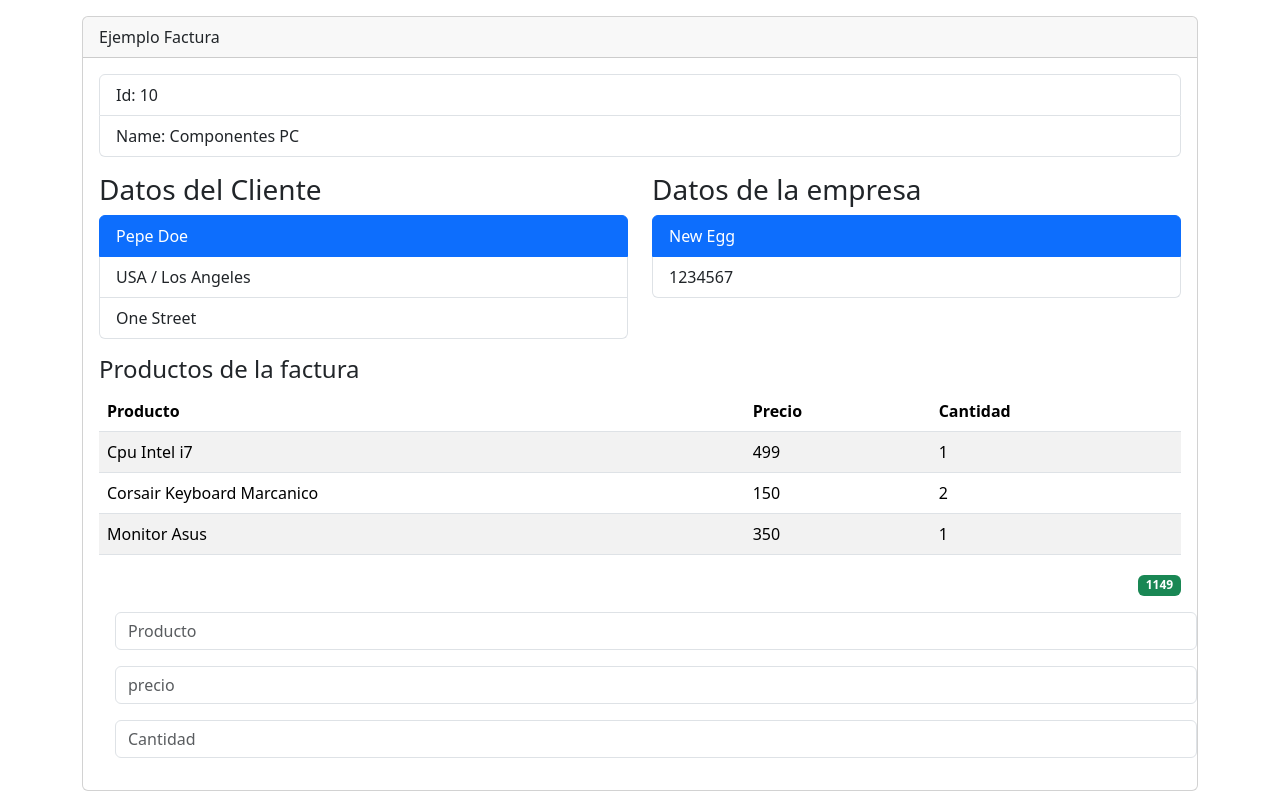
Repository: bryanesteban/4-invoice-app
Page: /
An editor plug-in stored every save of this project. The page is shown before and after the next save, followed by the edit.
The browser window is 1280 px wide. The pictures show the whole page.
The project was rebuilt for these pictures with package versions that can differ from the ones it lists, and the page was loaded fresh each time. Also part of the build but not shown: vite.config.js.

Above is the page before, as saved 2023-11-13 18:26:00.

### index.html
<!doctype html>
<html lang="en">
  <head>
    <meta charset="UTF-8" />
    <link rel="icon" type="image/svg+xml" href="/vite.svg" />
    <link href="https://cdn.jsdelivr.net/npm/bootstrap@5.3.2/dist/css/bootstrap.min.css" rel="stylesheet" integrity="sha384-T3c6CoIi6uLrA9TneNEoa7RxnatzjcDSCmG1MXxSR1GAsXEV/Dwwykc2MPK8M2HN" crossorigin="anonymous">
    <meta name="viewport" content="width=device-width, initial-scale=1.0" />
    <title>Vite + React</title>
  </head>
  <body>
    <div id="root"></div>
    <script type="module" src="/src/main.jsx"></script>
  </body>
</html>

### src/main.jsx
import React from 'react'
import ReactDOM from 'react-dom/client'
import { InvoiceApp } from './InvoiceApp'


ReactDOM.createRoot(document.getElementById('root')).render(
  <React.StrictMode>
    <InvoiceApp />
  </React.StrictMode>,
)

### src/InvoiceApp.jsx
import { getInvoice } from "./services/getInvoice"
import { ClientView } from "./components/ClientView";
import { CompanyView } from "./components/CompanyView";
import { InvoiceView } from "./components/InvoiceView";
import { ListItemsView } from "./components/ListItemsView";
import { TotalView } from "./components/totalView";
import { useState } from "react";


export const InvoiceApp = () =>{

    const {id, name, client, company, items: itemsInitial, total} = getInvoice();

    const [productValue, setProductValue] = useState('');
    const [priceValue, setPriceValue] = useState(0);
    const [quantityValue, setQuantityValue] = useState(0);

    const [items, setItems] = useState(itemsInitial);

    return(
       <>
        <div className="container">

            <div className="card my-3" >

                <div className= "card-header">

                    Ejemplo Factura
                </div>

                <div className="card-body">
                       <InvoiceView id= {id} name ={name}/>
                    <div className="row my-3">
                        <div className="col">
                           <ClientView title= "Datos del Cliente" client = {client} />
                        </div>
                        <div className="col">
                           <CompanyView title= "Datos de la empresa" company ={company} />
                        </div>
                    </div>
                    <ListItemsView title="Productos de la factura" items={items} />
                    <TotalView total={total}></TotalView>
                    <form onSubmit={ event =>{
                        event.preventDefault();

                        setItems([...items, {productValue, priceValue, quantityValue}])
                    }}>
                        <input type="text"
                               name="product"
                               placeholder="Producto" className="form-control m-3" onChange={event =>{
                               setProductValue(event.target.value)
                               }}/>

                        <input type="text"
                               name="price"
                               placeholder="precio" className="form-control m-3" onChange={event =>{
                                setPriceValue(event.target.value)
                                console.log(event.target.value)
                               }}/>

                        <input type="text"
                               name="quantity"
                               placeholder="Cantidad" className="form-control m-3" onChange={event =>{
                                setQuantityValue(event.target.value)
                                console.log(event.target.value)
                               }}/>
                    </form>
                </div>
            </div>
        </div>

       </>
    )
}

### src/services/getInvoice.js
import { invoice } from "../data/invoice"

export const getInvoice = () => {

    //console.log(invoice);

    /*let total = 0;
    invoice.items.forEach( items =>{
        total =total + items.price * items.quantity;

    });*/

    const total = invoice.items
        .map( item => item.price * item.quantity)
        .reduce((accumulator,currentValue) => accumulator + currentValue, 0)

    return {...invoice,total};
}

### src/components/ClientView.jsx
import PropTypes from 'prop-types';

export const ClientView = ({title, client}) =>{
    const {
        name: nameClient,
        lastname,
        address:{
            country,
            city,
            street,
            number}
         } = client;

    //const { country, city, street, number} = address;

    return (
        <>
         <h3>{title}</h3>
                            <ul className="list-group">
                                <li className="list-group-item active">{nameClient} {lastname}</li>
                                <li className="list-group-item">{country} / {city}</li>
                                <li className="list-group-item">{street} {number}</li>
                            </ul>
        </>
    )
}

ClientView.protoTypes ={
    title: PropTypes.string.isRequired,
    client: PropTypes.object.isRequired,
}

### src/components/CompanyView.jsx
import PropTypes from 'prop-types';

export const CompanyView = ({title, company}) => {


    return (
        <>
        <h3>{ title }</h3>
                            <ul className="list-group">
                                <li className="list-group-item active"> {company.name}</li>
                                <li className="list-group-item"> {company.fiscalNumber}</li>
                            </ul>
        </>
    )
}

CompanyView.propTypes = {
    title: PropTypes.string.isRequired,
    company: PropTypes.object.isRequired,

}

### src/components/InvoiceView.jsx
import PropTypes from 'prop-types';
export const InvoiceView = ({id, name}) =>{

    return (
        <>
         <ul className ="list-group">
                            <li className="list-group-item">Id: {id}</li>
                            <li className="list-group-item">Name: {name}</li>
                        </ul>

        </>
    )
}

InvoiceView.propTypes = {
    id: PropTypes.number.isRequired,
    name: PropTypes.string.isRequired
}

### src/components/ListItemsView.jsx
import { RowItemView } from "./RowItemView"
import PropTypes from 'prop-types';

export const ListItemsView  = ({title, items}) => {

    return (
        <>
        <h4> {title}</h4>
                    <table className="table table-striped table-hover">
                        <thead>
                            <tr>
                                <th>Producto</th>
                                <th>Precio</th>
                                <th>Cantidad</th>
                            </tr>
                        </thead>
                        <tbody>
                            {items.map(({id, producto, price,quantity}) => (
                                    <RowItemView key={ id } product={producto} price={price} quantity={quantity} />
                            ))}
                        </tbody>

                    </table>
        </>
    )

}

ListItemsView.propTypes = {
    title : PropTypes.string.isRequired,
    items: PropTypes.array.isRequired,
}

### src/components/totalView.jsx
export const TotalView  = ({total}) =>{


    return (
    <>
    <div className="text-end">
        <span className="badge bg-success">{total}</span>
    </div>
    </>
    )
}

### src/data/invoice.js
export const invoice ={
    id: 10,
    name: 'Componentes PC',
    client:{
        name:'Pepe',
        lastname:'Doe',
        address:{
            country:'USA',
            city: 'Los Angeles',
            street:' One Street',
            numeber:12
        }
    },
        company:{
            name:'New Egg',
            fiscalNumber: 1234567,
        },
        items: [
           {
            id: 1,
            producto: 'Cpu Intel i7',
            price: 499,
            quantity: 1,
           },
           {
            id: 2,
            producto: 'Corsair Keyboard Marcanico',
            price: 150,
            quantity: 2,
           },
           {
            id: 3,
            producto: 'Monitor Asus',
            price: 350,
            quantity: 1,
           },

        ]


}

### src/components/RowItemView.jsx
import PropTypes from 'prop-types';

export const RowItemView = ({product, price, quantity}) => {
    return (
        <>
             <tr >
                    <td>{product}</td>
                    <td>{price}</td>
                    <td>{quantity}</td>
            </tr>
        </>
    )
}


RowItemView.propTypes = {
    product :  PropTypes.string.isRequired,
    price : PropTypes.number.isRequired,
    quantity : PropTypes.number.isRequired,
}

After the next save:
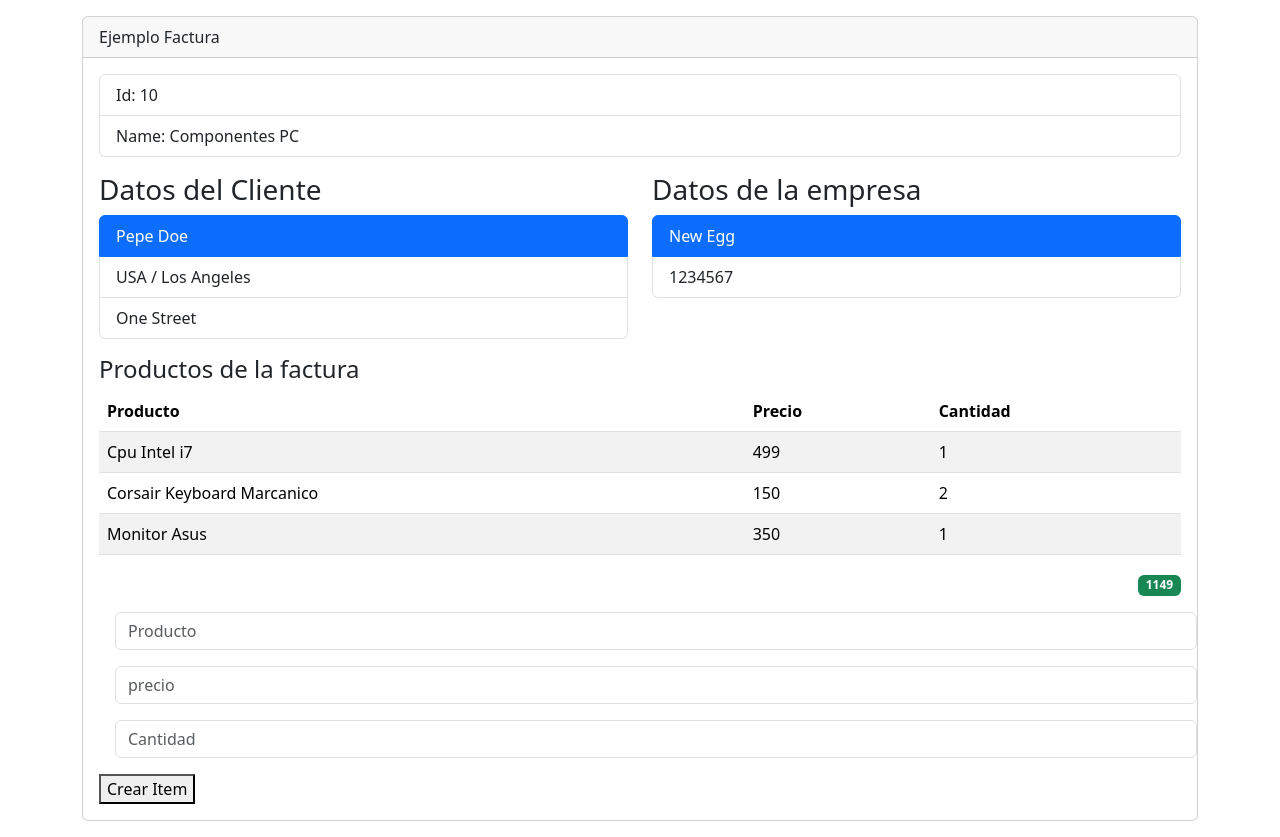
Saved 81 s later.
--- a/src/InvoiceApp.jsx
+++ b/src/InvoiceApp.jsx
@@ -64,6 +64,7 @@ export const InvoiceApp = () =>{
                                 setQuantityValue(event.target.value)
                                 console.log(event.target.value)
                                }}/>
+                        <button type ="submit" className="btn-primary">Crear Item</button>
                     </form>
                 </div>
             </div>
